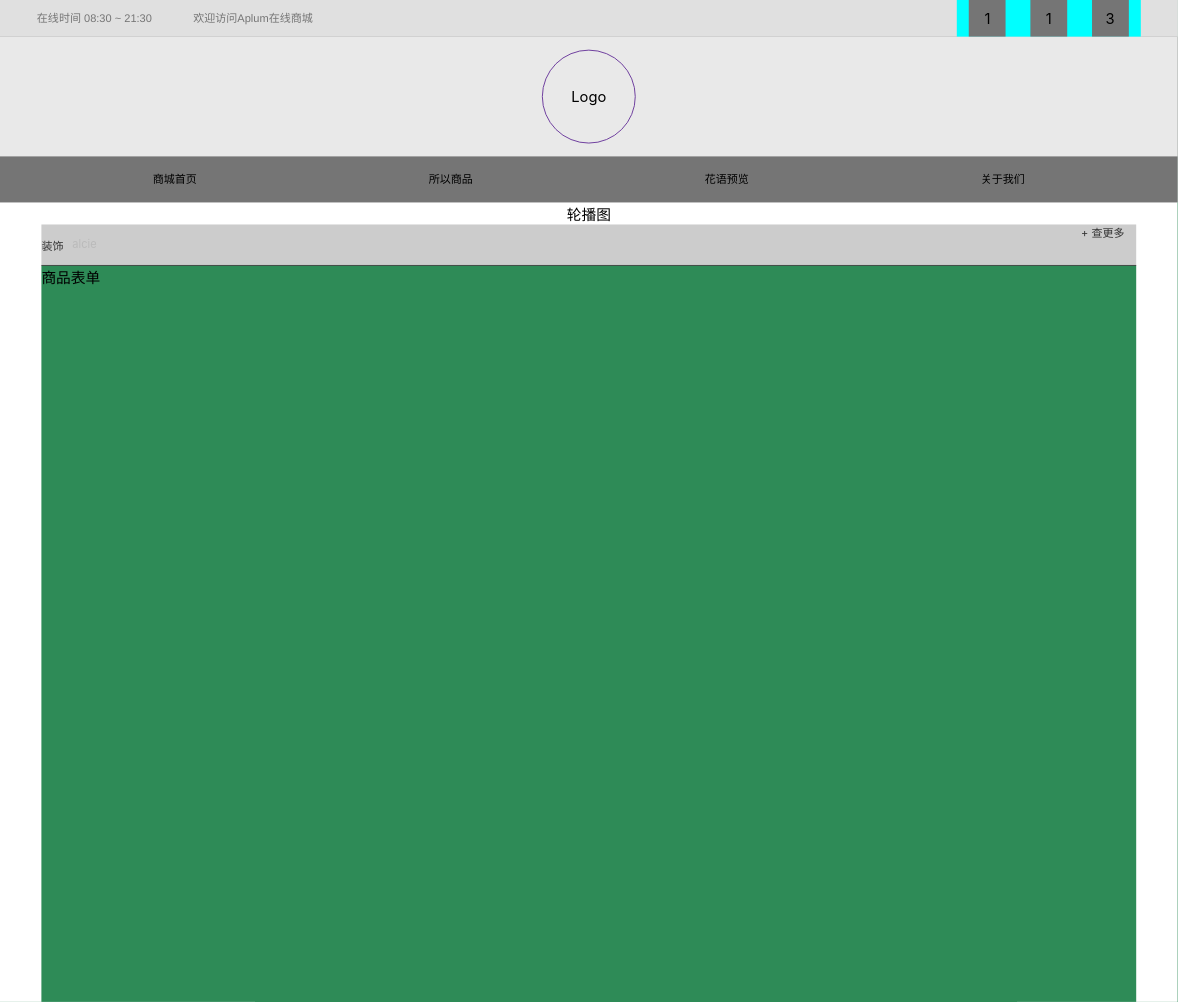
Repository: Alicehhhmm/aplum
Page: /
An editor plug-in stored every save of this project. The page is shown before and after a run of saves, followed by the edit.
The browser window is 1280 px wide. The pictures show the whole page, at 92% of full size.
The project was rebuilt for these pictures with package versions that can differ from the ones it lists, and the page was loaded fresh each time. Also part of the build but not shown: src/components/footer/index.jsx, src/components/carousel/index.scss, src/App.css.

Above is the page before, as saved 2021-10-11 16:42:29.

After the next 2 saves:
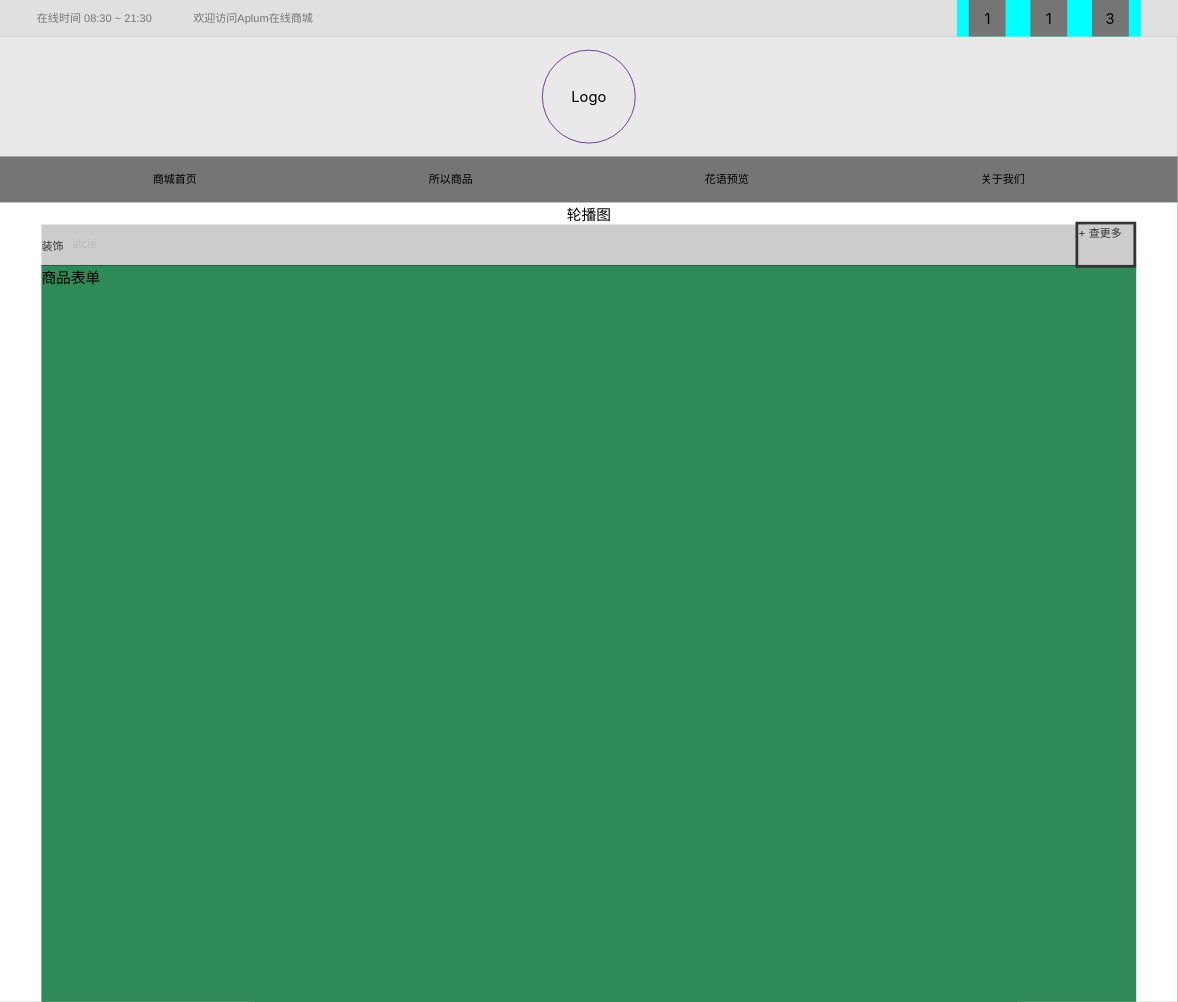
The 2 saves are shown as one change because they came seconds apart.
The last was saved 11 s later.
--- a/src/components/productList/topList/index.scss
+++ b/src/components/productList/topList/index.scss
@@ -22,7 +22,7 @@
     .modrt{
         width: 60px;
         height: 44px;
-        border: #333;
+        border: #333 solid ;
         font-size: 12px;
         color: #333;
     }
